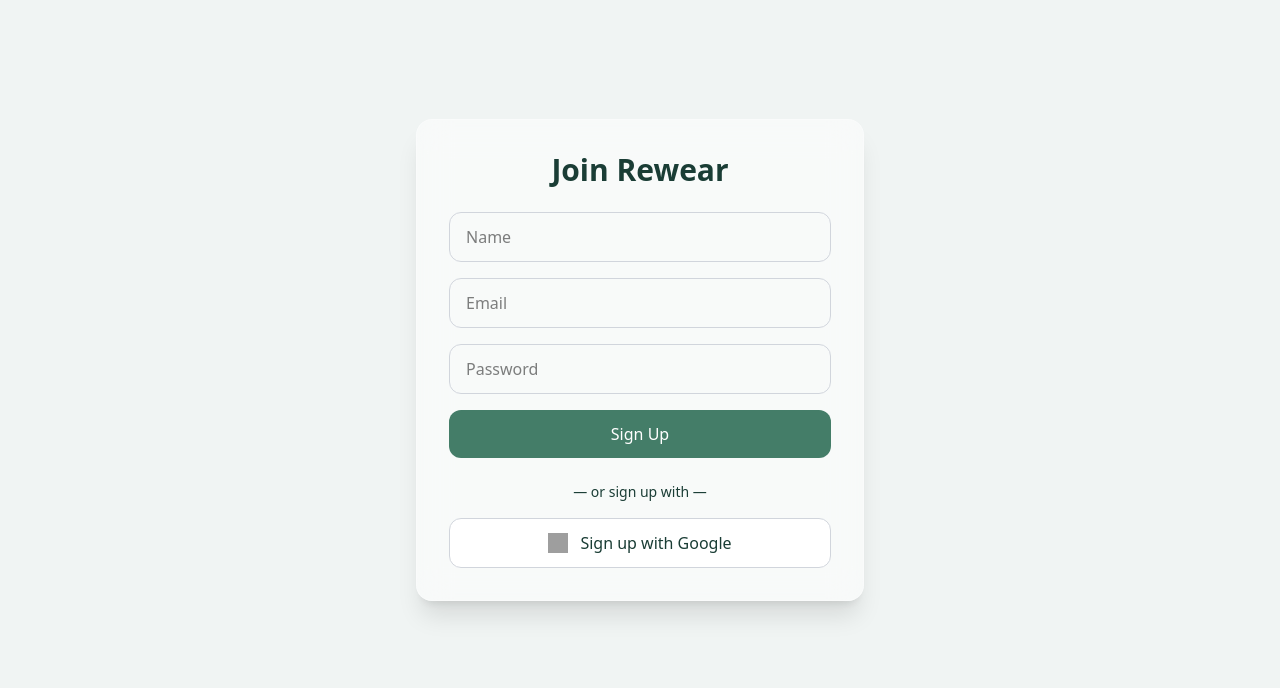
Repository: Swastikkkkk/vv
Page: /signup (app in OneDrive/Desktop/Yuzichahal/frontend/)
The author's editor kept a copy of each file at every save. The page is drawn from the files as they stood at one save, then again after a run of saves.
The browser window is 1280 px wide. The pictures show the whole page.
Pictures or frames that could not be fetched are drawn as grey boxes. The project was rebuilt for these pictures with package versions that can differ from the ones it lists, and the page was loaded fresh each time. Also part of the build but not shown: OneDrive/Desktop/Yuzichahal/frontend/vite.config.js, OneDrive/Desktop/Yuzichahal/frontend/src/components/Navbar.jsx, OneDrive/Desktop/Yuzichahal/frontend/src/components/Herosection.jsx, OneDrive/Desktop/Yuzichahal/frontend/src/components/LandingPage.jsx, OneDrive/Desktop/Yuzichahal/frontend/src/components/Login.jsx. Imported but missing from the stored project, and not drawn on this page: OneDrive/Desktop/Yuzichahal/frontend/src/firebase.

Above is the page before, as saved 2025-07-12 10:11:11.

### OneDrive/Desktop/Yuzichahal/frontend/src/App.jsx
import React from 'react';
import { BrowserRouter as Router, Routes, Route } from 'react-router-dom';
import LandingPage from './components/LandingPage'; // Add this
import Signup from './components/Signup';
import Login from './components/Login';

const App = () => {
  return (
    <Router>
      <Routes>
        <Route path="/" element={<LandingPage />} />
        <Route path="/signup" element={<Signup />} />
        <Route path="/login" element={<Login />} />
      </Routes>
    </Router>
  );
};

export default App;

### OneDrive/Desktop/Yuzichahal/frontend/src/components/Signup.jsx
import React, { useState } from 'react';
import { auth, googleProvider, db } from '../firebase';
import {
  createUserWithEmailAndPassword,
  signInWithPopup
} from 'firebase/auth';
import { doc, setDoc } from 'firebase/firestore';

const Signup = () => {
  const [email, setEmail] = useState('');
  const [name, setName] = useState('');
  const [password, setPassword] = useState('');
  const [error, setError] = useState('');
  const [loading, setLoading] = useState(false);

  const handleEmailSignup = async (e) => {
    e.preventDefault();
    setError('');
    setLoading(true);
    try {
      const userCredential = await createUserWithEmailAndPassword(auth, email, password);
      const user = userCredential.user;

      // Save user data to Firestore
      await setDoc(doc(db, "users", user.uid), {
        name,
        email,
        uid: user.uid,
        createdAt: new Date()
      });

      alert('Signed up and saved to DB!');
    } catch (err) {
      setError(err.message);
    } finally {
      setLoading(false);
    }
  };

  const handleGoogleSignup = async () => {
    setError('');
    try {
      const result = await signInWithPopup(auth, googleProvider);
      const user = result.user;

      // Check if user already exists in Firestore, else create
      const userRef = doc(db, "users", user.uid);
      await setDoc(userRef, {
        name: user.displayName,
        email: user.email,
        uid: user.uid,
        photoURL: user.photoURL || '',
        createdAt: new Date()
      }, { merge: true });

      alert(`Welcome ${user.displayName}!`);
    } catch (err) {
      setError(err.message);
    }
  };

  return (
    <div className="min-h-screen flex items-center justify-center bg-[#f0f4f3] px-4">
      <div className="bg-white/50 backdrop-blur-lg p-8 rounded-2xl shadow-xl w-full max-w-md border border-white/30">
        <h2 className="text-3xl font-semibold text-[#1a3d35] mb-6 text-center">Join Rewear</h2>
        <form onSubmit={handleEmailSignup} className="space-y-4">
          <input
            type="text"
            placeholder="Name"
            className="w-full px-4 py-3 rounded-xl border border-gray-300 focus:outline-none focus:ring-2 focus:ring-[#447d68]"
            value={name}
            onChange={(e) => setName(e.target.value)}
            required
          />
          <input
            type="email"
            placeholder="Email"
            className="w-full px-4 py-3 rounded-xl border border-gray-300 focus:outline-none focus:ring-2 focus:ring-[#447d68]"
            value={email}
            onChange={(e) => setEmail(e.target.value)}
            required
          />
          <input
            type="password"
            placeholder="Password"
            className="w-full px-4 py-3 rounded-xl border border-gray-300 focus:outline-none focus:ring-2 focus:ring-[#447d68]"
            value={password}
            onChange={(e) => setPassword(e.target.value)}
            required
          />
          {error && <p className="text-sm text-red-600 text-center">{error}</p>}
          <button
            type="submit"
            disabled={loading}
            className="w-full py-3 bg-[#447d68] text-white rounded-xl hover:bg-[#366755] transition disabled:opacity-50"
          >
            {loading ? 'Creating Account...' : 'Sign Up'}
          </button>
        </form>

        <div className="mt-6 text-center text-sm text-[#1a3d35]">
          — or sign up with —
        </div>

        <button
          onClick={handleGoogleSignup}
          className="mt-4 w-full flex items-center justify-center gap-3 bg-white py-3 border border-gray-300 rounded-xl hover:shadow-md transition"
        >
          <img
            src="https://www.gstatic.com/firebasejs/ui/2.0.0/images/auth/google.svg"
            alt="Google"
            className="w-5 h-5"
          />
          <span className="text-[#1a3d35] font-medium">Sign up with Google</span>
        </button>
      </div>
    </div>
  );
};

export default Signup;

Loaded but not shown: OneDrive/Desktop/Yuzichahal/frontend/index.html (common file); OneDrive/Desktop/Yuzichahal/frontend/src/App.css (common file); OneDrive/Desktop/Yuzichahal/frontend/src/main.jsx (common file)

After the next 2 saves:
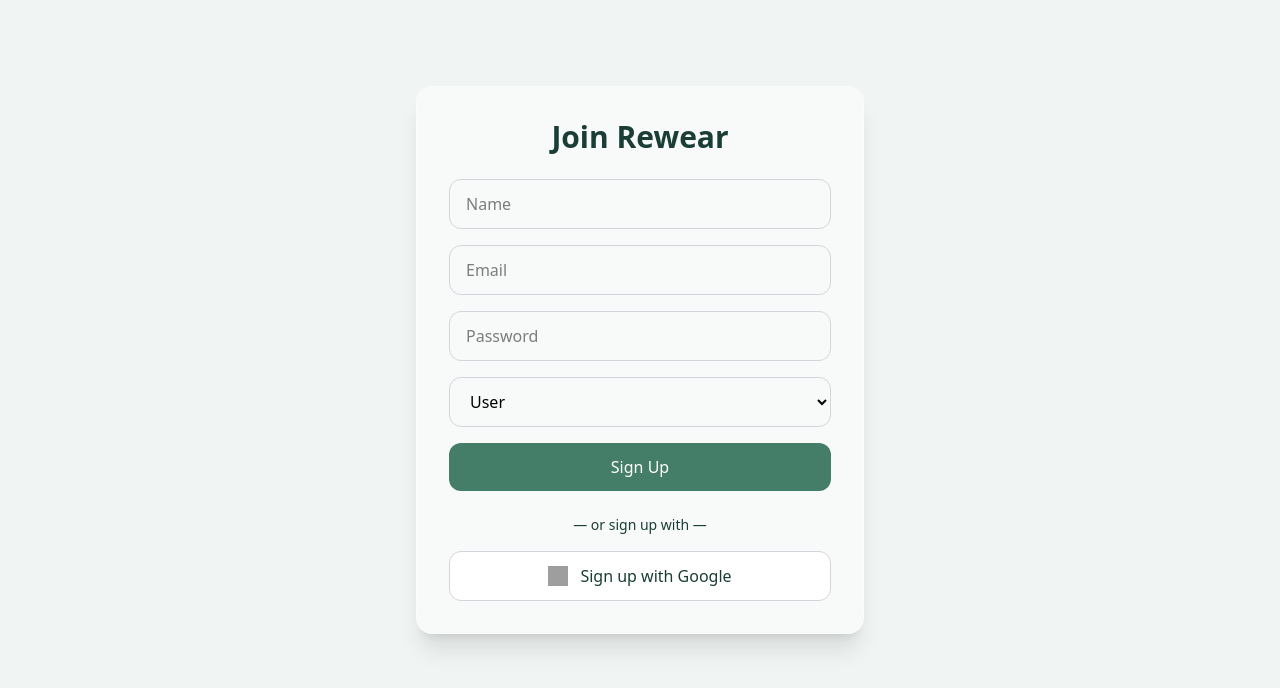
The 2 saves are shown as one change because they came seconds apart.
The last was saved 38 s later.
--- a/OneDrive/Desktop/Yuzichahal/frontend/src/components/Signup.jsx
+++ b/OneDrive/Desktop/Yuzichahal/frontend/src/components/Signup.jsx
@@ -9,6 +9,7 @@
 const Signup = () => {
   const [email, setEmail] = useState('');
   const [name, setName] = useState('');
+  const [role, setRole] = useState('user'); // default role
   const [password, setPassword] = useState('');
   const [error, setError] = useState('');
   const [loading, setLoading] = useState(false);
@@ -26,6 +27,7 @@
         name,
         email,
         uid: user.uid,
+        role,
         createdAt: new Date()
       });
 
@@ -43,12 +45,15 @@
       const result = await signInWithPopup(auth, googleProvider);
       const user = result.user;
 
-      // Check if user already exists in Firestore, else create
-      const userRef = doc(db, "users", user.uid);
-      await setDoc(userRef, {
+      // Prompt for role selection after Google sign-in (optional)
+      const confirmedRole = prompt('Enter your role: admin or user', 'user') || 'user';
+
+      // Save to Firestore
+      await setDoc(doc(db, "users", user.uid), {
         name: user.displayName,
         email: user.email,
         uid: user.uid,
+        role: confirmedRole,
         photoURL: user.photoURL || '',
         createdAt: new Date()
       }, { merge: true });
@@ -88,6 +93,15 @@
             onChange={(e) => setPassword(e.target.value)}
             required
           />
+          <select
+            value={role}
+            onChange={(e) => setRole(e.target.value)}
+            className="w-full px-4 py-3 rounded-xl border border-gray-300 focus:outline-none focus:ring-2 focus:ring-[#447d68]"
+            required
+          >
+            <option value="user">User</option>
+            <option value="admin">Admin</option>
+          </select>
           {error && <p className="text-sm text-red-600 text-center">{error}</p>}
           <button
             type="submit"
